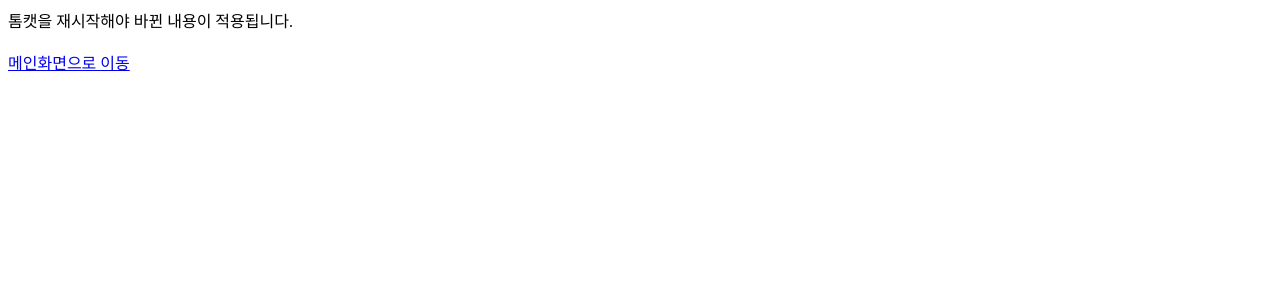
Repository: HeeJaeRA/Yedam
Page: http://localhost/helloWeb/LoginServlet
An editor plug-in stored every save of this project. The page is shown before and after the next save, followed by the edit.
The browser window is 1280 px wide. The pictures show the whole page.
The page is served by Tomcat 9.

Above is the page before, as saved 2023-10-24 01:22:05.

### Dev/workspace/helloWeb/src/main/java/org/yedam/LoginServlet.java
package org.yedam;

import java.io.IOException;
import java.io.PrintWriter;
import java.util.HashMap;
import java.util.Map;

import javax.servlet.ServletException;
import javax.servlet.annotation.WebServlet;
import javax.servlet.http.HttpServlet;
import javax.servlet.http.HttpServletRequest;
import javax.servlet.http.HttpServletResponse;

@WebServlet("/LoginServlet")
public class LoginServlet extends HttpServlet {
	private static final long serialVersionUID = 1L;

    public LoginServlet() {
        super();
    }

	protected void doGet(HttpServletRequest request, HttpServletResponse response) throws ServletException, IOException {
		//response.getWriter().append("Served at: ").append(request.getContextPath());
		Map<String, Integer> map = new HashMap<>();
		map.put("홍길동", 90);
		map.put("김길동", 95);
		map.put("박길동", 80);

		response.setCharacterEncoding("UTF-8");
		response.setContentType("text/html charset=UTF-8");
		PrintWriter out = response.getWriter(); // 출력스트림
		out.print("톰캣을 재시작해야 바뀐 내용이 적용됩니다.");
		out.print("<br><br><a href = 'index.html'>메인화면으로 이동</a>");
	}

	protected void doPost(HttpServletRequest request, HttpServletResponse response) throws ServletException, IOException {
		doGet(request, response);
	}

}

After the next save:
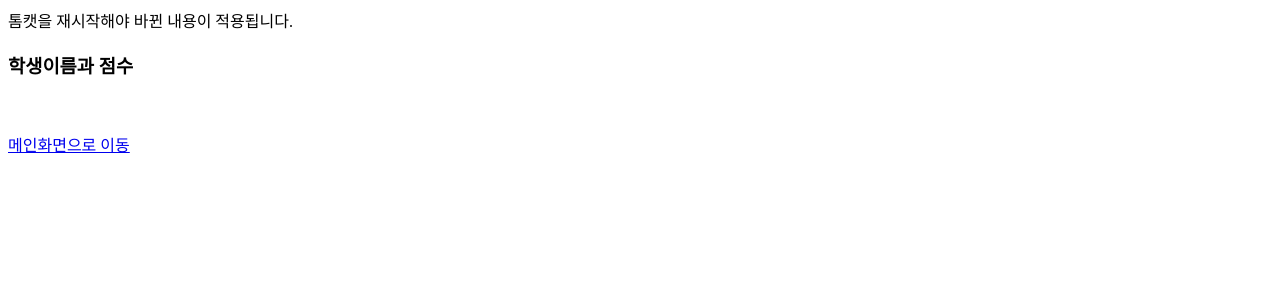
Saved 50 s later.
--- a/Dev/workspace/helloWeb/src/main/java/org/yedam/LoginServlet.java
+++ b/Dev/workspace/helloWeb/src/main/java/org/yedam/LoginServlet.java
@@ -29,7 +29,11 @@ public class LoginServlet extends HttpServlet {
 		response.setCharacterEncoding("UTF-8");
 		response.setContentType("text/html charset=UTF-8");
 		PrintWriter out = response.getWriter(); // 출력스트림
+
 		out.print("톰캣을 재시작해야 바뀐 내용이 적용됩니다.");
+
+		out.print("<br><h3>학생이름과 점수</h3>");
+
 		out.print("<br><br><a href = 'index.html'>메인화면으로 이동</a>");
 	}
 
